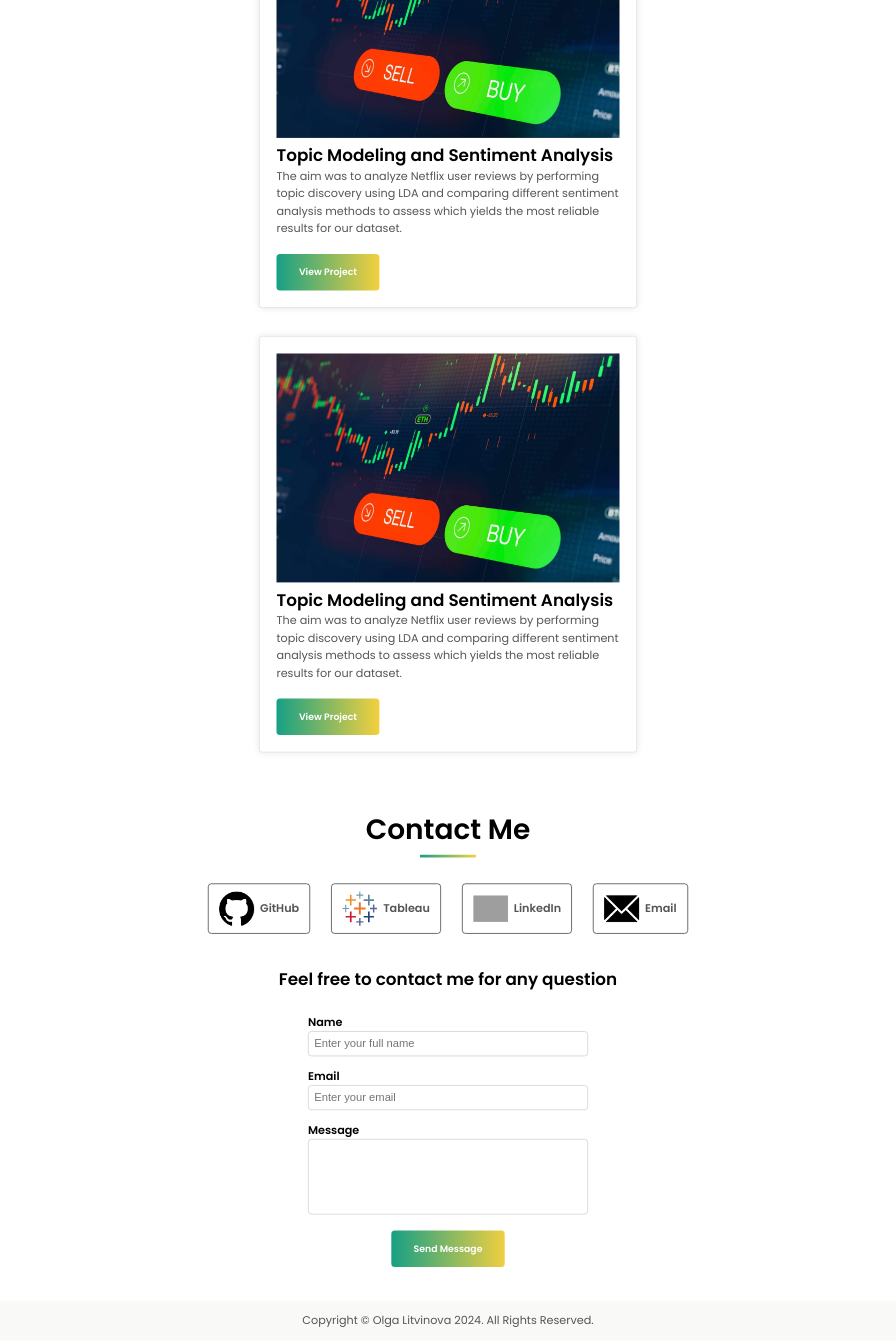
Repository: OlgaKuzminichna/CV
Page: index.html
The author's editor kept a copy of each file at every save. The page is drawn from the files as they stood at one save, then again after the next save.
The browser window is 1280 px wide. The pictures show the part of the page from y = 3600 to 5520 px (the page is 5520 px tall before and 4885 px after), at 70% of full size.
Pictures or frames that could not be fetched are drawn as grey boxes.

Above is the page before, as saved 2024-11-25 00:42:37.

### index.html
<!DOCTYPE html>
<html lang="en">
<head>
    <meta charset="UTF-8">
    <meta name="viewport" content="width=device-width, initial-scale=1.0">
    <title>Olga Litvinova | Data Analyst</title>
    <link rel="stylesheet" href="style.css">
    <link rel="icon" href="./images/logo2.png" type="image/x-icon">
    <script type="text/javascript" src="https://cdn.jsdelivr.net/npm/@emailjs/browser@3/dist/email.min.js"></script>
</head>
<body>
    <header>
        <nav id="navigation">
            <div class="site-header">
                <div class="site-logo">
                    <img src="./images/logo.png" alt="Olga Litvinova">
                </div>
                <ul class="link-list">
                    <li><a href="#home">HOME</a></li>
                    <li><a href="#about">ABOUT</a></li>
                    <li><a href="#skills">SKILLS</a></li>
                    <li><a href="#projects">PROJECTS</a></li>
                    <li><a href="#contact">CONTACT</a></li>
                    <!-- <li><a href="#resume">RESUME</a></li> -->
                </ul>
            </div>
        </nav>
        <nav id="responsive-nav">
            <div class="site-header">
                <div class="site-logo">
                    <img src="./images/logo.png" alt="Olga Litvinova">
                </div>
                <div class="hamburger-menu">
                    <div class="icon-toggle" onclick="toggleMenu()">
                        <span></span>
                        <span></span>
                        <span></span>
                    </div>
                    <div class="dropdown-links">
                        <li><a href="#home" onclick="toggleMenu()">HOME</a></li>
                        <li><a href="#about" onclick="toggleMenu()">ABOUT</a></li>
                        <li><a href="#skills" onclick="toggleMenu()">SKILLS</a></li>
                        <li><a href="#projects" onclick="toggleMenu()">PROJECTS</a></li>
                        <li><a href="#contact" onclick="toggleMenu()">CONTACT</a></li>
                        <!-- <li><a href="#resume" onclick="toggleMenu()">RESUME</a></li> -->
                    </div>
                </div>
            </div>
        </nav>
    </header>

    <main>
        <section id="home">
            <div class="intro-left">
                <p class="intro-text2">I am</p>
                <h1 class="primary-title">Olga Litvinova</h1>
                <p class="intro-role">Data Analyst </p>
                <div class="button-group">
                    <button class="main-btn" onclick="location.href='./index.html#projects'">
                        MY PROJECTS
                    </button>
                </div>
            </div>
            <div class="intro-right">
                <img src="./images/Litvinova.jpg" alt="Olga Litvinova Picture" />
            </div>
        </section>
        <section id="about">
            <h1 class="secondary-title">About me</h1>
            <div class="description-container">
                <p>
                    When I think about the greatest inspiration in my career as a Data Analyst, I would attribute it to a class I took in "Data Visualization and Statistical Modeling".
                    Learning about statistical tools and visualisation techniques opened my eyes to the fact that Data Analyst is not just about analyzing numbers but about bringing clarity and value through data storytelling—ultimately influencing outcomes and driving change.
                    Since then, I have been dedicated to furthering my skills in ML, statistical analysis, and visualization to make an impact across various industries.
                </p>
                <p>
                    <br>
                    By leveraging data-driven insights, I aim to simplify everyday workflows, enhance productivity, and find smarter ways to tackle routine challenges. From automating manual processes to optimizing decision-making, my focus lies in harnessing the power of data to make a meaningful impact on how we work and interact with technology in our daily lives.
                </p>

                <P>
                    <br>
                    Whether it's improving organizational efficiency, optimizing resource allocation, or simplifying complex tasks, I see data as a key tool in addressing these challenges. My skills in Data Science, Data Mining, and Predictive Analytics allow me to explore where and how to apply data solutions that are practical and impactful. The opportunity to solve these challenges using data is something that excites and motivates me every day.
                </P>
                <p>
                    <br>
                    I also thrive in environments where I can collaborate closely with diverse teams, while also being comfortable working independently to tackle complex analytical problems. My passion lies in applying my knowledge and skills to contribute meaningfully to projects, providing insights that drive efficiency and innovation. I bring a detail-oriented and curious mindset to all my work, always striving to contribute to the broader field of Data Science and its real-world applications.
                </p>

            </div>

            <div class="timeline">
                <svg width="1000" height="100">
                    <!-- Line -->
                    <line x1="0" y1="50" x2="1000" y2="50" style="stroke:black; stroke-width:1.5"></line>
                    <!-- 2020 Event -->
                    <circle cx="50" cy="50" r="10" stroke="#8fb9a1" stroke-width="6" fill="rgb(87, 174, 114)"></circle>
                    <text text-anchor="middle" x="50" y="80" fill="black">2020</text>
                    <text style="font-size:13" text-anchor="middle" x="180" y="30" fill="black">Commercial Control Analyst</text>
                    <text style="font-size:13; font-style: italic" text-anchor="middle" x="180" y="80" fill="#888888">Schneider Electric</text>


                    <circle cx="300" cy="50" r="10" stroke="#8fb9a1" stroke-width="6" fill="rgb(87, 174, 114)"></circle>
                    <text text-anchor="middle" x="300" y="80" fill="black">2022</text>
                    <text style="font-size:13" text-anchor="middle" x="430" y="30" fill="black">Data Transformation Manager</text>
                    <text style="font-size:13; font-style: italic" text-anchor="middle" x="430" y="80" fill="#888888">Schneider Electric</text>

                    <circle cx="550" cy="50" r="10" stroke="#8fb9a1" stroke-width="6" fill="rgb(87, 174, 114)"></circle>
                    <text text-anchor="middle" x="550" y="80" fill="black">2023</text>
                    <text style="font-size:13" text-anchor="middle" x="650" y="30" fill="black">Data Analyst</text>
                    <text style="font-size:13; font-style: italic" text-anchor="middle" x="650" y="80" fill="#888888">RWE</text>

                    <circle cx="750" cy="50" r="10" stroke="#8fb9a1" stroke-width="6" fill="rgb(87, 174, 114)"></circle>
                    <text text-anchor="middle" x="750" y="80" fill="black">2024</text>
                    <text style="font-size:13" text-anchor="middle" x="880" y="30" fill="black">Process Mining Analyst</text>
                    <text style="font-size:13; font-style: italic" text-anchor="middle" x="880" y="80" fill="#888888">Siemens Healthineers</text>
                </svg>
            </div>
        </section>


        <section id="skills">
            <h1 class="secondary-title">What I love to do</h1>
            <div class="description-container">

            </div>
            <div class="skill-article-group">
                <article class="skill-card">
                    <img src="./images/data-visualisation.png" alt="Data Visualization Icon" class="icon"/>
                    <div>
                        <h3>Data Visualization</h3>
                        <p>Presenting sales trends, customer segmentation, and operational KPIs through impactful visuals that help stakeholders understand numbers and make actionable business decisions.
                            <br> #Tableau #Power BI #Matplotlib
                        </p>
                    </div>
                </article>
                <article class="skill-card">
                    <img src="./images/data.png" alt="Data Analytics Icon" class="icon"/>
                    <div>
                        <h3>Data Analytics</h3>
                        <p>Skilled at leveraging data analytics to uncover hidden patterns, using tools like R, pandas, and NumPy to highlight trends and patterns.</p>
                    </div>
                </article>
                <article class="skill-card">
                    <img src="./images/brain.png" alt="Machine Learning Icon" class="icon"/>
                    <div>
                        <h3>Machine Learning</h3>
                        <p>Proficient in developing machine learning pipelines, including data preprocessing, feature engineering, and deploying deep learning models for predictive tasks.</p>
                    </div>
                </article>
                <article class="skill-card">
                    <img src="./images/automation.png" alt="Process Automation Icon" class="icon"/>
                    <div>
                        <h3>Process Automation</h3>
                        <p>Skilled in integrating Power Automate with existing business systems to enhance productivity, minimize errors, and optimize time-consuming processes.</p>
                    </div>
                </article>
                <article class="skill-card">
                    <img src="./images/excel.png" alt="Excel and VBA Macros Icon" class="icon"/>
                    <div>
                        <h3>Excel and VBA Macros</h3>
                        <p>Experienced in building interactive tools with Excel and VBA Macros to enhance productivity, and utilizing Power Query for efficient data preprocessing.</p>
                    </div>
                </article>
                <article class="skill-card">
                    <img src="./images/sql.png" alt="Databases Icon" class="icon"/>
                    <div>
                        <h3>Databases</h3>
                        <p>Proficient in designing and optimizing databases, including SQL environments like Microsoft SQL Server and NoSQL databases like MongoDB for scalability.</p>
                    </div>
                </article>
            </div>
        </section>
        <section id="projects">
            <h1 class="secondary-title">Projects</h1>
            <div class="project-group">
                <div class="project-detail-card">
                    <img src="./images/netflix.jpg" class="project-image"/>
                    <h2 class="project-title">Topic Modeling and Sentiment Analysis</h2>
                    <p>The aim was to analyze Netflix user reviews by performing topic discovery using LDA and comparing different sentiment analysis methods to assess which yields the most reliable results for our dataset.</p>
                    <div class="button-group">
                        <button class="main-btn project-btn"
                        onclick="location.href='https://github.com/OlgaKuzminichna/SentimentAnalysis'">View Project</button>
                    </div>
                </div>

                <div class="project-detail-card">
                    <img src="./images/trading.jpg" class="project-image"/>
                    <h2 class="project-title">Topic Modeling and Sentiment Analysis</h2>
                    <p>The aim was to analyze Netflix user reviews by performing topic discovery using LDA and comparing different sentiment analysis methods to assess which yields the most reliable results for our dataset.</p>
                    <div class="button-group">
                        <button class="main-btn project-btn"
                        onclick="location.href='https://github.com/OlgaKuzminichna/SentimentAnalysis'">View Project</button>
                    </div>
                </div>
                <div class="project-detail-card">
                    <img src="./images/trading.jpg" class="project-image"/>
                    <h2 class="project-title">Topic Modeling and Sentiment Analysis</h2>
                    <p>The aim was to analyze Netflix user reviews by performing topic discovery using LDA and comparing different sentiment analysis methods to assess which yields the most reliable results for our dataset.</p>
                    <div class="button-group">
                        <button class="main-btn project-btn"
                        onclick="location.href='https://github.com/OlgaKuzminichna/SentimentAnalysis'">View Project</button>
                    </div>
                </div>
            </div>
        </section>

        <section id="contact">
            <h1 class="secondary-title">Contact Me</h1>

            <div class="social-media-buttons">
                <a href="https://github.com/OlgaKuzminichna" target="_blank" class="button github">
                    <img src="images/github.png" alt="GitHub Icon">
                    <span>GitHub</span>
                </a>
                <a href="https://public.tableau.com/app/profile/yourusername" target="_blank" class="button tableau">
                    <img src="images/tableau.svg" alt="Tableau Icon">
                    <span>Tableau</span>
                </a>
                <a href="https://www.linkedin.com/in/olga-l-7802b324b/" target="_blank" class="button linkedin">
                    <img src="images/linkedin.png" alt="LinkedIn Icon">
                    <span>LinkedIn</span>
                </a>
                <a href="mailto:litvinova2404@gmail.com" class="button email">
                    <img src="images/email.png" alt="Email Icon">
                    <span>Email</span>
                </a>
            </div>
            <form class="contact-form">
            <h2>Feel free to contact me for any question </h2>
            <div class="form-field">
                <label for="name">Name</label>
                <input type="text" id="name" placeholder="Enter your full name" required>
            </div>
            <div class="form-field">
                <label for="email">Email</label>
                <input type="email" id="email" placeholder="Enter your email" required>
            </div>
            <div class="form-field">
                <label for="message">Message</label>
                <textarea id="message" name="message" rows="5" required></textarea>
            </div>
            <button class="submit-btn form-field" onclick="sendMail()">Send Message</button>
            </form>

        </section>
        <footer>
            <p>Copyright &copy; Olga Litvinova 2024. All Rights Reserved.</p>
        </footer>
    </main>
    <script src="script.js"></script>
</body>
</html>

### style.css
@import url('https://fonts.googleapis.com/css2?family=Poppins:wght@300;400;500;600&display=swap');

* {
    margin: 0;
    padding: 0;
    box-sizing: border-box;
}

body {
    font-family: 'Poppins', sans-serif;
    margin: 0;
    padding: 0;
}

p {
    color: #555;
}

a, .btn {
    transition: color 0.5s ease, background-color 0.5s ease;
}

header {
    position: sticky;
    top: 0;
    background-color: white;
    padding: 0;
    z-index: 2;
}

.site-header {
    width: 100%;
    padding: 5px 0px;
    display: flex;
    align-items: center;
    justify-content: space-between;
    margin: 0 10rem;
}

nav {
    width: 100%;
    display: flex;
    align-items: center;
    box-shadow: 0 5px 5px -5px rgba(0,0,0,.2);
}

.link-list {
    list-style: none;
    display: flex;
    margin-right: 20px;
}

.link-list li {
    margin: 0 15px;
}

.site-logo img {
    max-width: 150px;
    height: auto;
}

a {
    color: black;
    text-decoration: none;
}

a:hover {
    color: rgb(87, 174, 114);
    text-decoration: underline;
    text-underline-offset: 1rem;
    text-decoration-color: rgb(87, 174, 114);
}

/* HAMBURGER MENU */

#responsive-nav {
    display: none;
}

.hamburger-menu {
    position: relative;
    display: inline-block;
}

.icon-toggle {
    display: flex;
    flex-direction: column;
    justify-content: space-between;
    height: 24px;
    width: 30px;
    cursor: pointer;
}

.icon-toggle span {
    width: 100%;
    height: 2px;
    background-color: black;
    transition: all 0.3 ease-in-out;
}

.dropdown-links {
    position: absolute;
    top: 100%;
    right: 0%;
    background-color: white;
    width: fit-content;
    max-height: 0;
    overflow: hidden;
    transition: all 0.3 ease-in-out;
}

.dropdown-links a {
    display: block;
    padding: 10px;
    text-align: center;
    font-size: 1.2rem;
    color: black;
    text-decoration: none;
    transition: all 0.3 ease-in-out;
}

.dropdown-links a:hover {
    color: rgb(87, 174, 114);
}

.dropdown-links li {
    list-style: none;
}

.dropdown-links.open {
    max-height: 300px;
}

.icon-toggle.open span:nth-child(1) {
    transform: rotate(45deg) translate(10px, 5px);
}

.icon-toggle.open span:nth-child(2) {
    opacity: 0;
}

.icon-toggle.open span:nth-child(3) {
    transform: rotate(-45deg) translate(10px, -5px);
}

.icon-toggle span:nth-child(1),
.icon-toggle span:nth-child(2),
.icon-toggle span:nth-child(3) {
    transform: none;
}

main {
    margin-top: 60px;
}

section {
    margin: 0 10rem;
    box-sizing: border-box;
    min-height: fit-content;
}

.section-container {
    display: flex;
}

/* HOME */

#home {
    display: flex;
    justify-content: center;
    align-items: center;
    gap: 5rem;
    height: 85vh;
}

.intro-right {
    display: flex;
    height: 475px;
    width: 475px;
    margin: auto 0;
}

.intro-right img {
    border-radius: 10px;
}

.intro-left {
    align-self: justify;
    text-align: justify;
}

.intro-left p {
    font-weight: 600;
}

.intro-text {
    text-align: center;
}

.intro-text2 {
    text-align: justify;
}

.intro-role {
    font-size: 1.5rem;
    margin-bottom: 1rem;
}

.primary-title {
    font-size: 3rem;
    text-align: center;
}

.button-group {
    margin-top: 1.5rem;
    text-align: justify;

}

.main-btn {
    background: linear-gradient(to right, #16A085 0%, #F4D03F  50%, #16A085  100%);
    background-size: 200% auto;
    font-family: 'Poppins', sans-serif;
    border: none;
    color: white;
    padding: 1rem 2rem;
    font-weight: 600;
    border-radius: 5px;
    cursor: pointer;
    transition: background-color 0.3s ease, transform 0.2s ease;
}


.main-btn:hover {
    background-position: right center;
    transition: 0.5s;
    color: #fff;
    text-decoration: none;
    transform: scale(1.05);
}

/* ABOUT */

#about {
    padding-top: 5rem ;
    text-align: center;
}

.secondary-title {
    font-size: 2.5rem;
    position: relative;
}

.secondary-title::after {
    content: "";
    position: absolute;
    bottom: -10px;
    left: 50%;
    transform: translateX(-50%);
    width: 80px;
    height: 3.5px;
    background: linear-gradient(to right, #16A085 0%, #F4D03F  100%, #16A085  100%);
    border-radius: 1px;
}

.description-container {
    margin: 2rem auto;
}

.description-container p {
    color: #555;
    line-height: 1.6;
    text-align: left;
}

/* TIMELINE */

.timeline {
    text-align: center;
    padding: 0px;
    flex: 0 0 100%;
    max-width: 90%;
}




/* SKILLS */

#skills {
    padding-top: 5rem ;
    text-align: center;
}

.skill-article-group {
    display: flex;
    flex-wrap: wrap;
    justify-content: space-around;
    gap: 2.5rem;
}
.skill-article-group > * {
    min-width: 20vw;
}

.skill-card {
    display: flex;
    flex-direction: column;
    align-items: center;
    max-width: 320px;
    text-align: center;
}

.skill-card .icon {
    cursor: pointer;
    height: 90px;
    margin-bottom: 1rem;
}

.skill-card h3 {
    font-size: 1.5rem;
    color: #333;
}

.skill-card p {
    color: #777;
    line-height: 1.5;
    text-align: justify;
}

/* PROJECTS */

#projects {
    padding-top: 5rem ;
    text-align: center;

}

.project-group {
    display: flex;
    flex-wrap: wrap;
    justify-content: space-around;
    gap: 2.5rem;
    margin-top: 2rem;
}

.project-detail-card {
    background-color: white;
    border: 1px solid #ddd;
    border-radius: 5px;
    padding: 1.5rem;
    max-width: 540px;
    text-align: left;
    box-shadow: 0px 0px 10px rgba(0, 0, 0, 0.1);
    transition: transform 0.2s ease-in-out;
}

.project-detail-card:hover {
    transform: scale(1.02);
    box-shadow: 0px 0px 15px rgba(0, 0, 0, 0.2);
}

.project-image {
    max-width: 100%;
    height: auto;
}



/* CONTACT */

#contact {
    padding-top: 5rem ;
    text-align: center;

    margin: 0 auto;
}

/* CONTACT - social media links*/

.social-media-buttons {
    display: flex;
    justify-content: center;
    margin: 2rem;
}

.social-media-buttons .button {
    display: flex;
    align-items: center;
    justify-content: center;
    padding: 10px 15px;
    margin:15px;
    border-radius: 5px;
    text-decoration: none;
    font-family: 'Poppins', sans-serif;
    font-weight: bold;
    color: #555;
    transition: background-color 0.3s;
    border: 1px solid #333;
}

.social-media-buttons .button img {
    width: 50px;
    max-height: 100px;
    margin-right: 8px;
}


.social-media-buttons .button:hover {
    background: linear-gradient(to right, #16A085 0%, #F4D03F  200%, #16A085  100%);
    transform: scale(1.05);
    color: #fff;
}


/* CONTACT - Form */
.form-field {
    margin-bottom: 1rem;
}

.contact-form h2 {
    font-size: 1.5rem;
    margin:2rem;
}

label {
    display: block;
    font-weight: 600;
    margin-bottom: 0.5rem;
    text-align: justify;
    max-width: 400px;
    margin: 0 auto;
}

.form-field input,
.form-field textarea {
    max-width: 400px;
    width: 100%;
    padding: 0.5rem;
    font-size: 1rem;
    border: 1px solid #ccc;
    border-radius: 5px;
}

textarea {
    resize: none;
}

.submit-btn {
    background: linear-gradient(to right, #16A085 0%, #F4D03F  51%, #16A085  100%);
    background-size: 200% auto;
    border: none;
    color: white;
    padding: 1rem 2rem;
    font-weight: 600;
    border-radius: 5px;
    cursor: pointer;
    transition: background-color 0.3s ease, transform 0.2s ease;
    font-family: 'Poppins', sans-serif;
    margin-bottom: 3rem;

}

.submit-btn:hover {
    background-color: #57AE72;
    transform: scale(1.05);

}


/* FOOTER */

footer {
    padding: 1rem 0;
    text-align: center;
    background-color: #F9F9F7;
}

footer p {
    margin: 0;
}

footer p::before {
    font-size: 1.2rem;
    margin-right: 0.5rem;
}

/* RESPONSIVE STYLES */

@media screen and (max-width: 1400px) {
    #home {
        height: 83vh;
        margin-bottom: 6rem;
    }
}

@media screen and (max-width: 1200px) {
    #navigation {
        display: none;
    }
    #responsive-nav {
        display: flex;
    }
    section, .section-container {
        height: fit-content;
    }
    section {
        margin: 0 5%;
    }
    .intro-right {
        width: 275px;
        height: 275px;
        margin: 0 auto 2rem;
    }
    .project-group {
        gap: 2rem;
    }
    footer {
        padding: 1rem 0;
    }
    footer p {
        font-size: 0.7rem;
    }
}

@media (max-width: 999px) {
    .timeline {
        display: none;
    }
}

@media screen and (max-width: 768px) {
    .site-header {
        padding: 15px 20px;
        justify-content: space-between;
    }
    .icon-toggle {
        width: 25px;
    }
    .site-logo img {
        max-width: 35px;
    }
    .primary-title, .secondary-title {
        font-size: 1.6rem;
    }
}

@media screen and (max-width: 600px) {
    main {
        margin-top: 40px;
    }
}

Loaded but not shown: script.js (25 lines, source omitted)

After the next save:
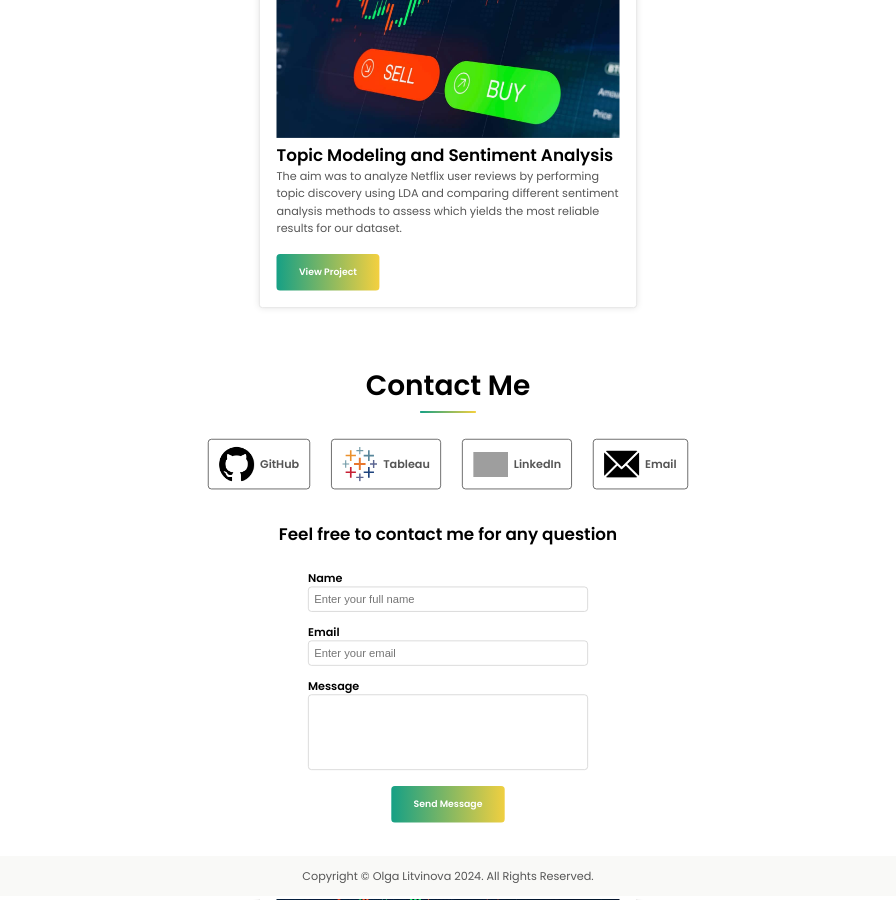
Saved 43 s later.
--- a/index.html
+++ b/index.html
@@ -193,15 +193,7 @@
                         onclick="location.href='https://github.com/OlgaKuzminichna/SentimentAnalysis'">View Project</button>
                     </div>
                 </div>
-                <div class="project-detail-card">
-                    <img src="./images/trading.jpg" class="project-image"/>
-                    <h2 class="project-title">Topic Modeling and Sentiment Analysis</h2>
-                    <p>The aim was to analyze Netflix user reviews by performing topic discovery using LDA and comparing different sentiment analysis methods to assess which yields the most reliable results for our dataset.</p>
-                    <div class="button-group">
-                        <button class="main-btn project-btn"
-                        onclick="location.href='https://github.com/OlgaKuzminichna/SentimentAnalysis'">View Project</button>
-                    </div>
-                </div>
+
             </div>
         </section>
 
